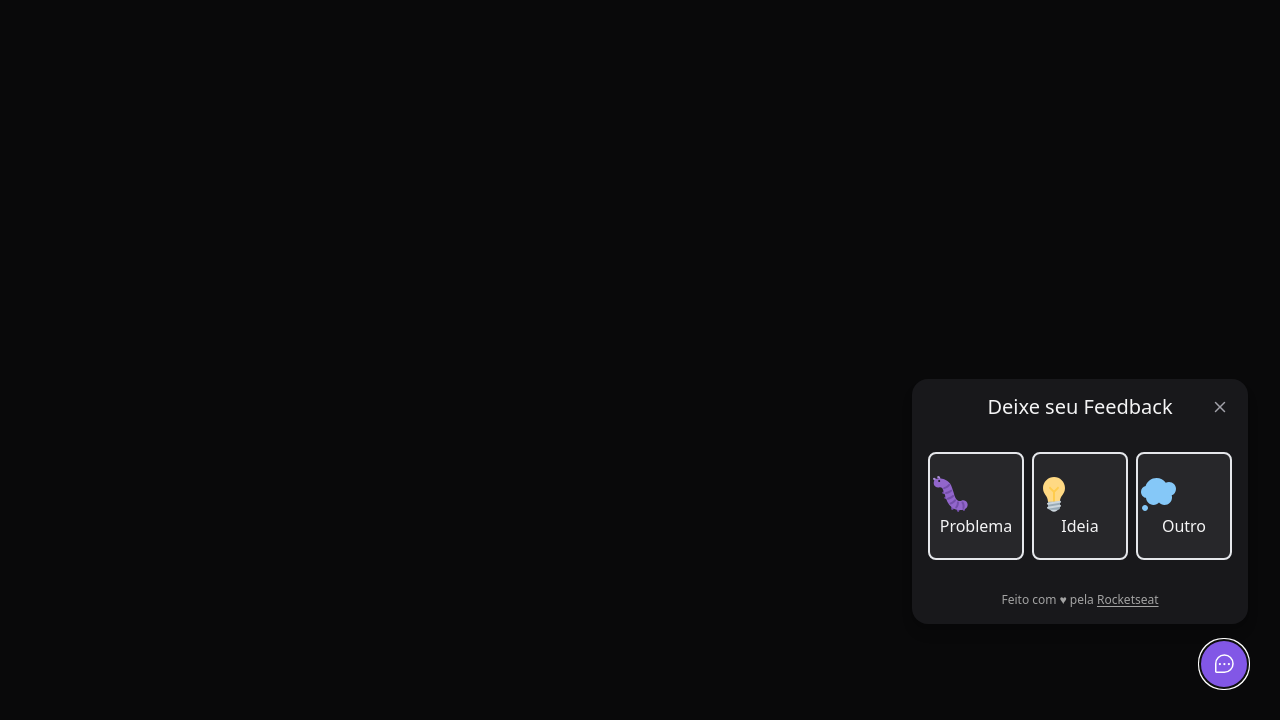
Repository: guilhermecardoso93/nlwreturn-react
Page: /, after clicking the first element matching `#headlessui-popover-button-4`
An editor plug-in stored every save of this project. The page is shown before and after the next save, followed by the edit.
The browser window is 1280 px wide. The pictures show the whole page.
The project was rebuilt for these pictures with package versions that can differ from the ones it lists, and the page was loaded fresh each time. Also part of the build but not shown: vite.config.ts.

Above is the page before, as saved 2022-05-03 21:23:57.

### src/main.tsx
import React from "react";
import ReactDOM from "react-dom";
import { App } from "./App";

import "./global.css";

ReactDOM.render(
  <React.StrictMode>
    <App />
  </React.StrictMode>,
  document.getElementById("root")
);

### src/App.tsx
import { Widget } from "./components/Widget";

export function App() {
  return (
    <>
      <Widget/>
    </>
  );
}

### src/global.css
@tailwind base;
@tailwind components;
@tailwind utilities;

body {
  @apply bg-[#09090a] text-zinc-100
}

### src/components/Widget.tsx
import { Popover } from "@headlessui/react";
import { ChatTeardropDots } from "phosphor-react";
import { WidgetForm } from "./WidgetForm";

export function Widget() {
  return (
    <>
      <Popover className="absolute bottom-4 right-4 md:bottom-8 md:right-8 flex flex-col items-end">
        <Popover.Panel>
          <WidgetForm/>
        </Popover.Panel>
        <Popover.Button className="bg-brand-500 rounded-full px-3 h-12 text-white flex items-center group">
          <ChatTeardropDots className="w-6 h-6" />
          <span className="max-w-0 overflow-hidden group-hover:max-w-xs transition-all duration-500 ease-linear">
            <span className="pl-2"></span>
            Feedback
          </span>
        </Popover.Button>
      </Popover>
    </>
  );
}

### src/components/WidgetForm.tsx
import { CloseButton } from "./CloseButton";

import bugImageUrl from "../assets/bug.svg";
import ideiaImageUrl from "../assets/idea.svg";
import thoughtImageUrl from "../assets/thought.svg";

const feedbackTypes = {
  BUG: {
    title: "Problema",
    image: {
      source: bugImageUrl,
      alt: "Imagem de um inseto"
    }
  },
  IDEIA: {
    title: "Ideia",
    image: {
      source: ideiaImageUrl,
      alt: "Imagem de uma lâmpada"
    }
  },
  OTHER: {
    title: "Outro",
    image: {
      source: thoughtImageUrl,
      alt: "Imagem de balão de pensamento"
    }
  }
};

export function WidgetForm() {
  return (
    <div className="bg-zinc-900 p-4 relative rounded-2xl mb-4 flex flex-col items-center shadow-lg w-[calc(100vw-2rem)] md:w-auto">
      <header>
        <span className="text-xl leading-6">Deixe seu Feedback</span>
        <CloseButton />
      </header>
      <div className="flex py-8 gap-2 w-full">
        {Object.entries(feedbackTypes).map(([key, value]) => {
          return (
            <button
              className="bg-zinc-800 rounded-lg py-5 w-24 flex-1 flex-col items-center gap-2 border-2"
              type='button'
            >
              <img src={value.image.source} alt={value.image.alt} />
              <span>{value.title}</span>
            </button>
          );
        })}
      </div>
      <footer className="text-xs text-neutral-400">
        Feito com ♥ pela{" "}
        <a
          href="https://rocketseat.com.br"
          target="_blank"
          className="underline underline-offset-2"
        >
          Rocketseat
        </a>
      </footer>
    </div>
  );
}

### src/components/CloseButton.tsx
import { Popover } from "@headlessui/react";
import { X } from "phosphor-react";

export function CloseButton() {
  return (
    <Popover.Button
      className="top-5 right-5 absolute text-zinc-400 hover:text-zinc-100"
      title="Fechar formulário de Feedback"
    >
      <X className="w-4 h-4" weight="bold" />
    </Popover.Button>
  );
}

Loaded but not shown: index.html (common file); tailwind.config.js (common file)

After the next save:
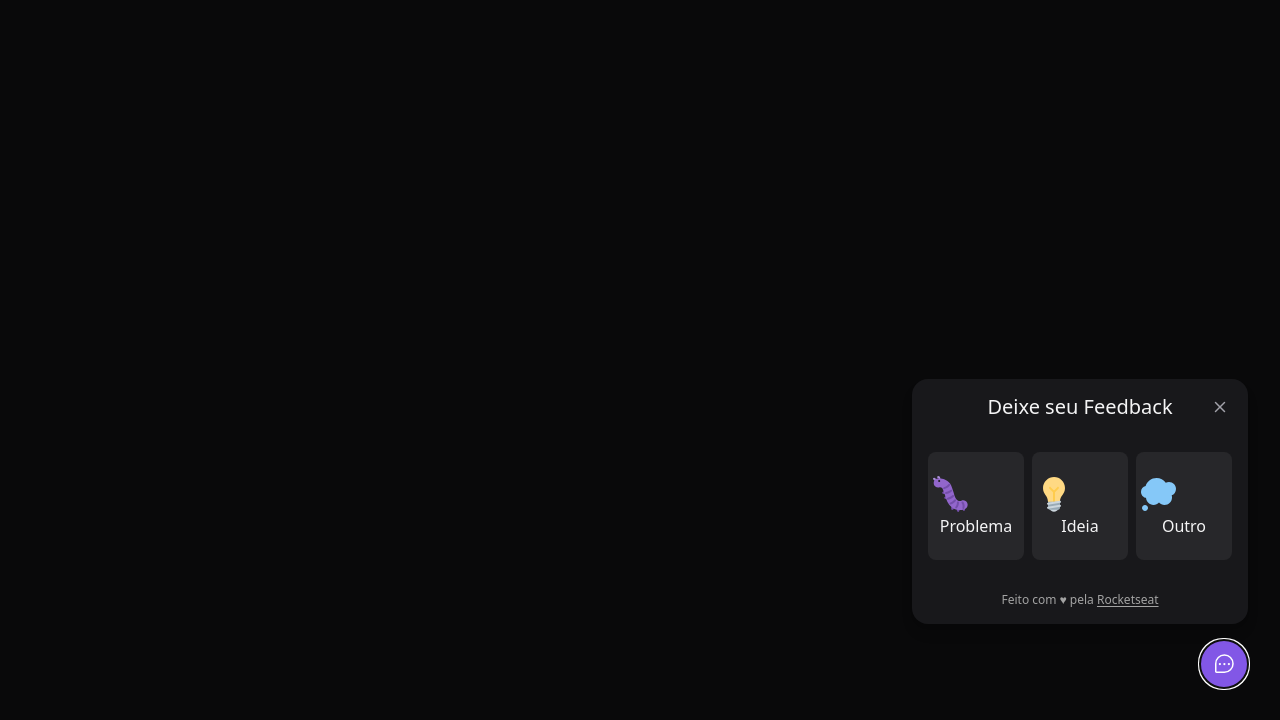
Saved 15 s later.
--- a/src/components/WidgetForm.tsx
+++ b/src/components/WidgetForm.tsx
@@ -39,7 +39,7 @@ export function WidgetForm() {
         {Object.entries(feedbackTypes).map(([key, value]) => {
           return (
             <button
-              className="bg-zinc-800 rounded-lg py-5 w-24 flex-1 flex-col items-center gap-2 border-2"
+              className="bg-zinc-800 rounded-lg py-5 w-24 flex-1 flex-col items-center gap-2 border-2 border-transparent"
               type='button'
             >
               <img src={value.image.source} alt={value.image.alt} />
